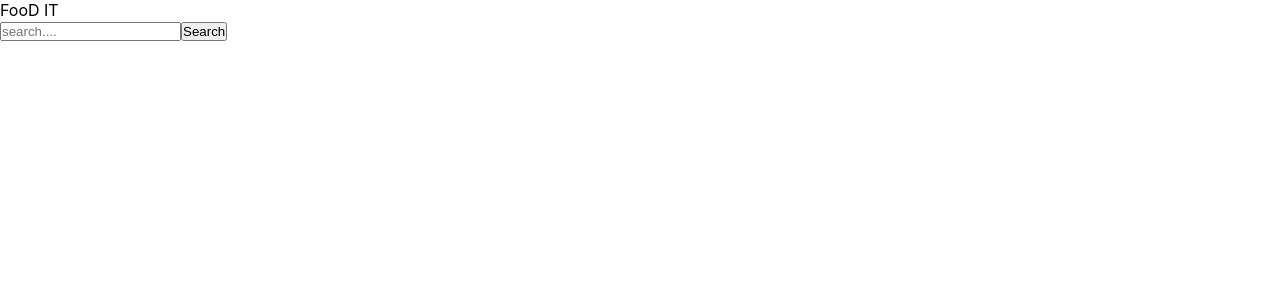
Repository: sandipkarmokar/recipeApp
Page: /
An editor plug-in stored every save of this project. The page is shown before and after the next save, followed by the edit.
The browser window is 1280 px wide. The pictures show the whole page.
The project was rebuilt for these pictures with package versions that can differ from the ones it lists, and the page was loaded fresh each time.

Above is the page before, as saved 2022-04-15 16:41:20.

After the next save:
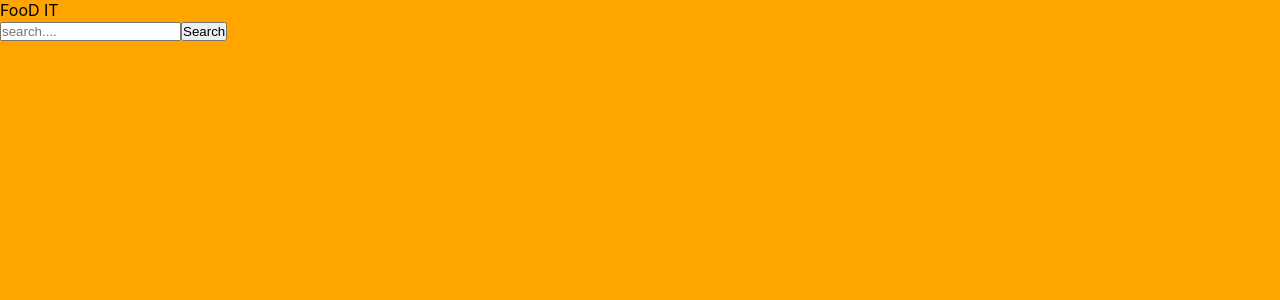
Saved 13 s later.
--- a/src/App.css
+++ b/src/App.css
@@ -7,5 +7,5 @@
 .app {
     height: 100vh;
     width: 100vw;
-    background-color: ;
+    background-color: orange;
 }
